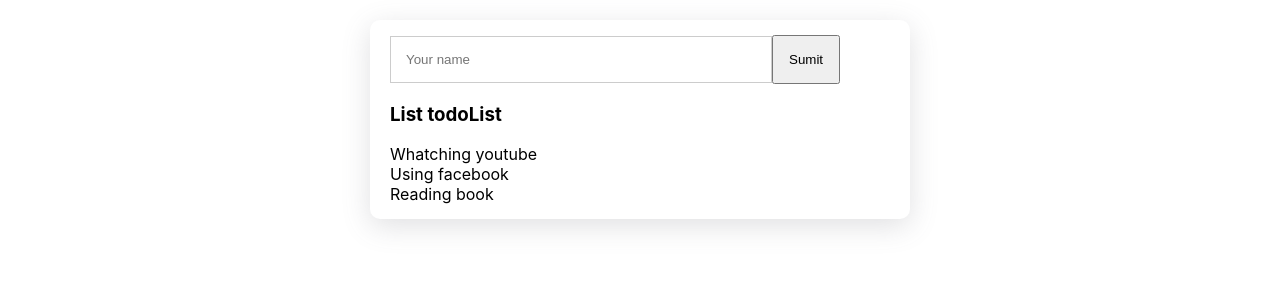
Repository: hoang0508/ReactJsHoiDanIT
Page: /weather
An editor plug-in stored every save of this project. The page is shown before and after the next save, followed by the edit.
The browser window is 1280 px wide. The pictures show the whole page.
The project was rebuilt for these pictures with package versions that can differ from the ones it lists, and the page was loaded fresh each time. Also part of the build but not shown: src/App.css.

Above is the page before, as saved 2022-02-04 16:18:44.

### src/App.js
// import logo from "./logo.svg";
import "./App.css";
import TodoList from "./components/TodoApp/TodoList";

const App = () => {
  return <TodoList />;
};

export default App;

### src/components/TodoApp/TodoList.js
import React, { useState } from "react";
import "./TodoList.scss";
const TodoList = () => {
  const [nameTodo, setNameTodo] = useState("");
  const [listTodo, setListTodo] = useState([
    {
      id: 1,
      name: "Whatching youtube",
    },
    {
      id: 2,
      name: "Using facebook",
    },
    {
      id: 3,
      name: "Reading book",
    },
  ]);
  console.log(">> check data:", listTodo);
  const handleChangeTodo = (e) => {
    setNameTodo(e.target.value);
  };
  const handleClickTodo = (e) => {
    let todoItem = {
      id: Math.floor(Math.random() * 1000),
      name: nameTodo,
    };
    setListTodo([...listTodo, todoItem]);
  };
  return (
    <>
      <div className="todo">
        <form>
          <input
            className="todo-input"
            type="text"
            placeholder="Your name"
            // value={nameTodo}
            onChange={(e) => handleChangeTodo(e)}
          />
          <button
            className="todo-btn"
            type="button"
            onClick={(e) => handleClickTodo(e)}
          >
            Sumit
          </button>
        </form>
        <div>
          <h3 className="todo-list">List todoList</h3>
          {listTodo &&
            listTodo.length > 0 &&
            listTodo.map((item, index) => (
              <div key={item.id} className="todo-item">
                <div className="todo-name">{item.name}</div>
              </div>
            ))}
        </div>
      </div>
    </>
  );
};

// class TodoList extends React.Component {
//   // Khai báo state
//   state = {
//     name: "Hoang",
//   };
//   render() {
//     return (
//       <>
//         <input
//           placeholder="Your name"
//           onChange={(e) => this.setState({ name: e.target.value })}
//         />
//         <div>Hello {this.state.name}</div>
//       </>
//     );
//   }
// }

export default TodoList;

### src/components/TodoApp/TodoList.scss
.todo {
  max-width: 500px;
  width: 100%;
  margin: 20px auto;
  padding: 15px 20px;
  background-color: #fff;
  box-shadow: rgba(100, 100, 111, 0.2) 0px 7px 29px 0px;
  border-radius: 10px;
  overflow: hidden;
  &-input {
    max-width: 350px;
    width: 100%;
    border: 1px solid #ccc;
    padding: 15px;
  }
  &-btn {
    padding: 15px;
  }
}

Loaded but not shown: public/index.html (common file); src/index.js (common file); src/index.css (common file); src/reportWebVitals.js (common file)

After the next save:
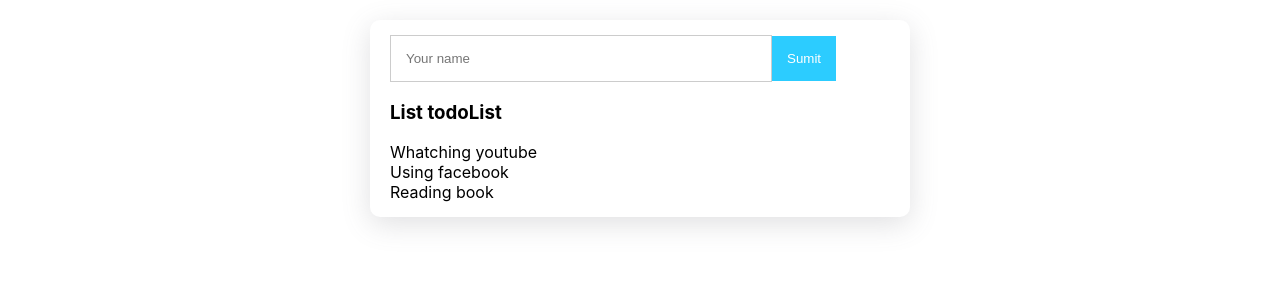
Saved 35 s later.
--- a/src/components/TodoApp/TodoList.scss
+++ b/src/components/TodoApp/TodoList.scss
@@ -15,5 +15,10 @@
   }
   &-btn {
     padding: 15px;
+    border: 0;
+    outline: none;
+    cursor: pointer;
+    background-color: #2cccff;
+    color: #fff;
   }
 }
